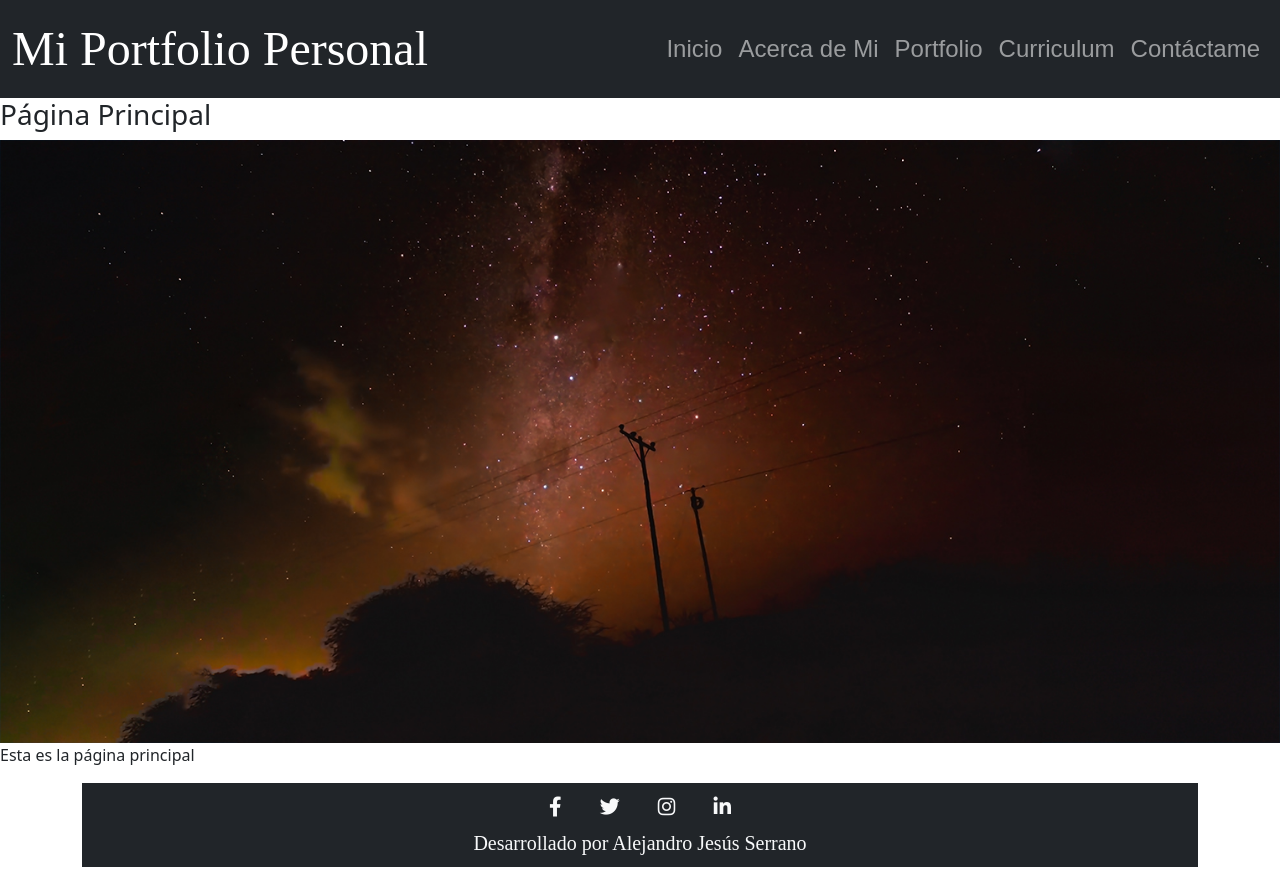
Repository: AlejandroJesusSerrano/portfolio
Page: portfolio/core/templates/core/home.html
The author's editor kept a copy of each file at every save. The page is drawn from the files as they stood at one save, then again after the next save.
The browser window is 1280 px wide. The pictures show the whole page.
Some web fonts or font styles are not loaded; a fallback is used. The template is drawn by Django 4.2. The application's start-up code is not run. The template is opened directly, without the code that normally fills it, so the values that code supplies are empty.

Above is the page before, as saved 2023-09-06 08:39:28.

After the next save:
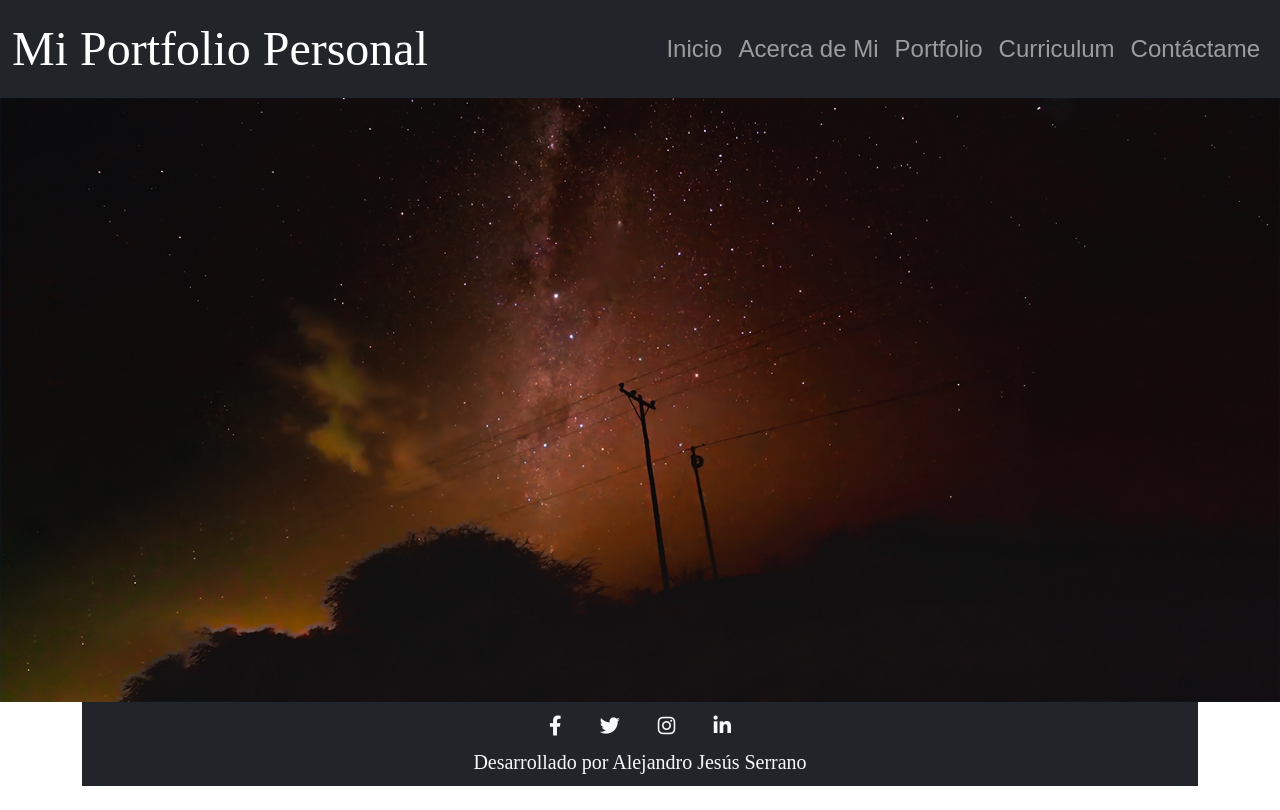
Saved 16 s later.
--- a/portfolio/core/templates/core/home.html
+++ b/portfolio/core/templates/core/home.html
@@ -4,9 +4,7 @@
 {% block title %} Inicio {% endblock title %}
 
 {% block content %}
-<h3>Página Principal</h3>
 <div>
   <img src={% static 'img/sancarlos_noche_web.jpg' %} class="w-100" alt="">
 </div>
-<p>Esta es la página principal</p>
 {% endblock content %}
